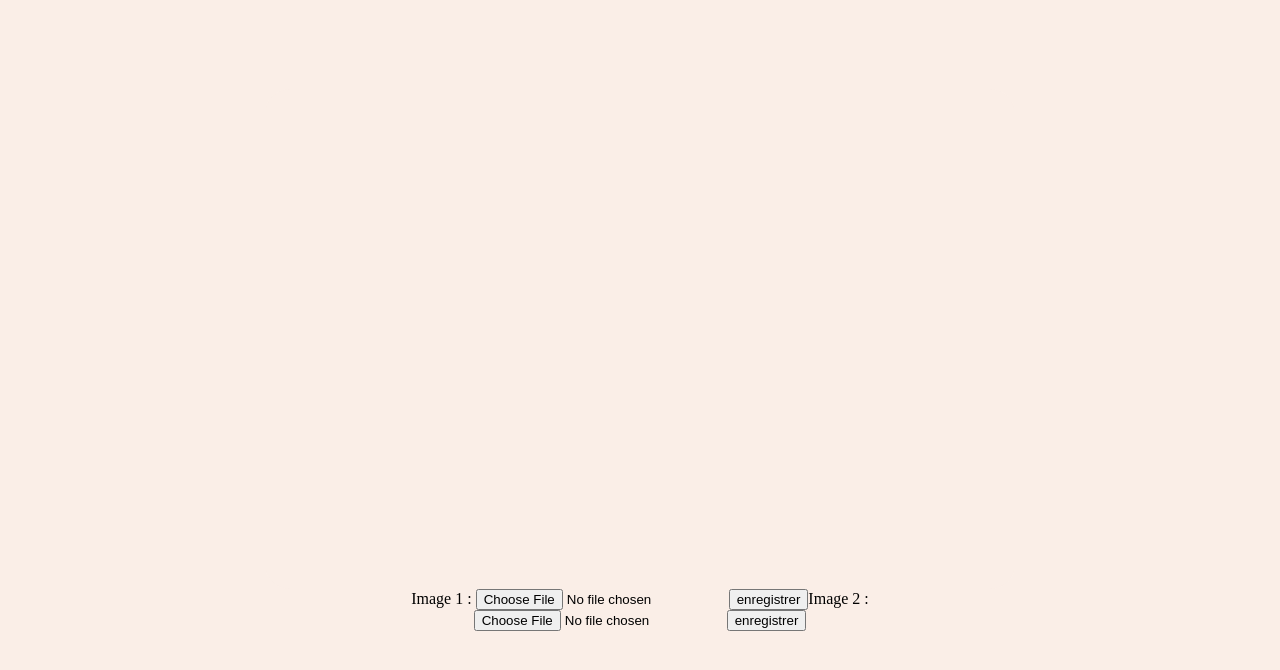
Repository: Lucas-Cassan/img-assembler
Page: / (app in frontend/)
These files come from the project's save history. The page is drawn as it stood at one moment and after the next save; the edit follows.
The browser window is 1280 px wide. The pictures show the whole page.
The project was rebuilt for these pictures with package versions that can differ from the ones it lists, and the page was loaded fresh each time.

Above is the page before, as saved 2022-02-02 14:59:58.

### frontend/src/index.js
import React from "react";
import ReactDOM from "react-dom";
import "./styles/index.scss";
import App from "./App";

ReactDOM.render(
  <React.StrictMode>
    <App />
  </React.StrictMode>,
  document.getElementById("root"),
);

### frontend/src/styles/index.scss
html{
    padding: 0;
    margin: 0;

    body{
        padding: 0;
        margin: 0;
        width: 100vw;
        height: 100vh;
        overflow: hidden;
        background-color: #FAEEE7;

        #root{
            width: 100%;
            height: 100%;
            display: flex;
            justify-content: center;
            align-items: center;
            flex-direction: column;

            #image{
                width: 750Px;
                height: 500px;
                background-color: rgba($color: #FAEEE7, $alpha: 1.0);
                border-radius: 25px;
            }
            form{

            }
        }

    }
}

### frontend/src/App.js
import React from "react";
import Fusiooooon from "./pages/Fusiooooon";

const App = () => {
  return (
    <>
      <Fusiooooon />
    </>
  );
};

export default App;

### frontend/src/pages/Fusiooooon.js
import React, { useState } from "react";
import axios from "axios";

const Fusiooooon = () => {
  const [file1, setFile1] = useState();
  const [file2, setFile2] = useState();

  const handleSubmit = (e) => {
    e.preventDefault();

    console.log(file1);
    const data = new FormData();
    data.append("file", file1);

    axios({
      method: "post",
      url: `http://localhost:5000/img/merge`,
      data,
    })
      .then((res) => console.log(res))
      .catch((err) => console.log(err));
  };

  const handleSubmit2 = (e) => {
    e.preventDefault();

    console.log(file1);
    const data = new FormData();
    data.append("file", file2);

    axios({
      method: "post",
      url: `http://localhost:5000/img/merge`,
      data,
    })
      .then((res) => console.log(res))
      .catch((err) => console.log(err));
  };

  return (
    <>
      <div id="image"></div>
      <form action="" onSubmit={handleSubmit}>
        <label htmlFor="">Image 1 : </label>
        <input
          type="file"
          name="file"
          id="file"
          accept=".jpg, .jpeg, .png"
          onChange={(e) => setFile1(e.target.files[0])}
        />
        <input type="submit" value="enregistrer" />
        <label htmlFor="">Image 2 : </label>
      </form>
      <form action="" onSubmit={handleSubmit2}>
        <input
          type="file"
          name="file"
          id="file"
          accept=".jpg, .jpeg, .png"
          onChange={(e) => setFile2(e.target.files[0])}
        />
        <input type="submit" value="enregistrer" />
      </form>
    </>
  );
};

export default Fusiooooon;

Loaded but not shown: frontend/public/index.html (common file)

After the next save:
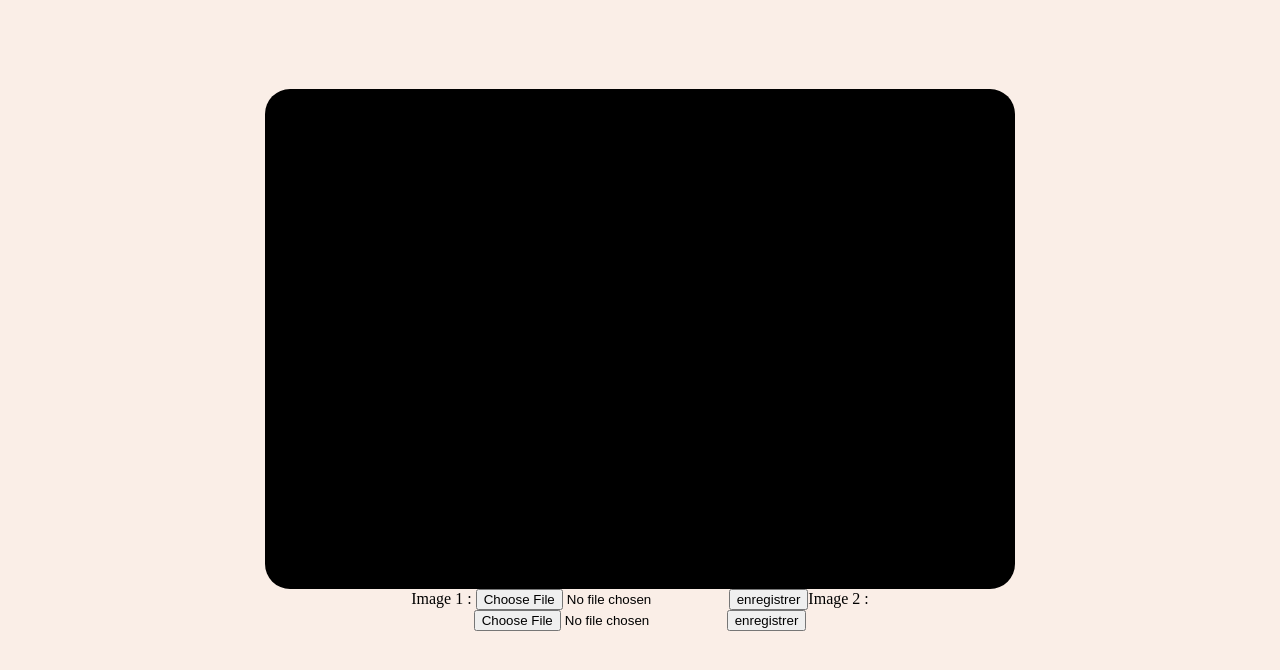
Saved 15 s later.
--- a/frontend/src/styles/index.scss
+++ b/frontend/src/styles/index.scss
@@ -21,7 +21,7 @@ html{
             #image{
                 width: 750Px;
                 height: 500px;
-                background-color: rgba($color: #FAEEE7, $alpha: 1.0);
+                background-color: rgba($color: #000, $alpha: 1.0);
                 border-radius: 25px;
             }
             form{
